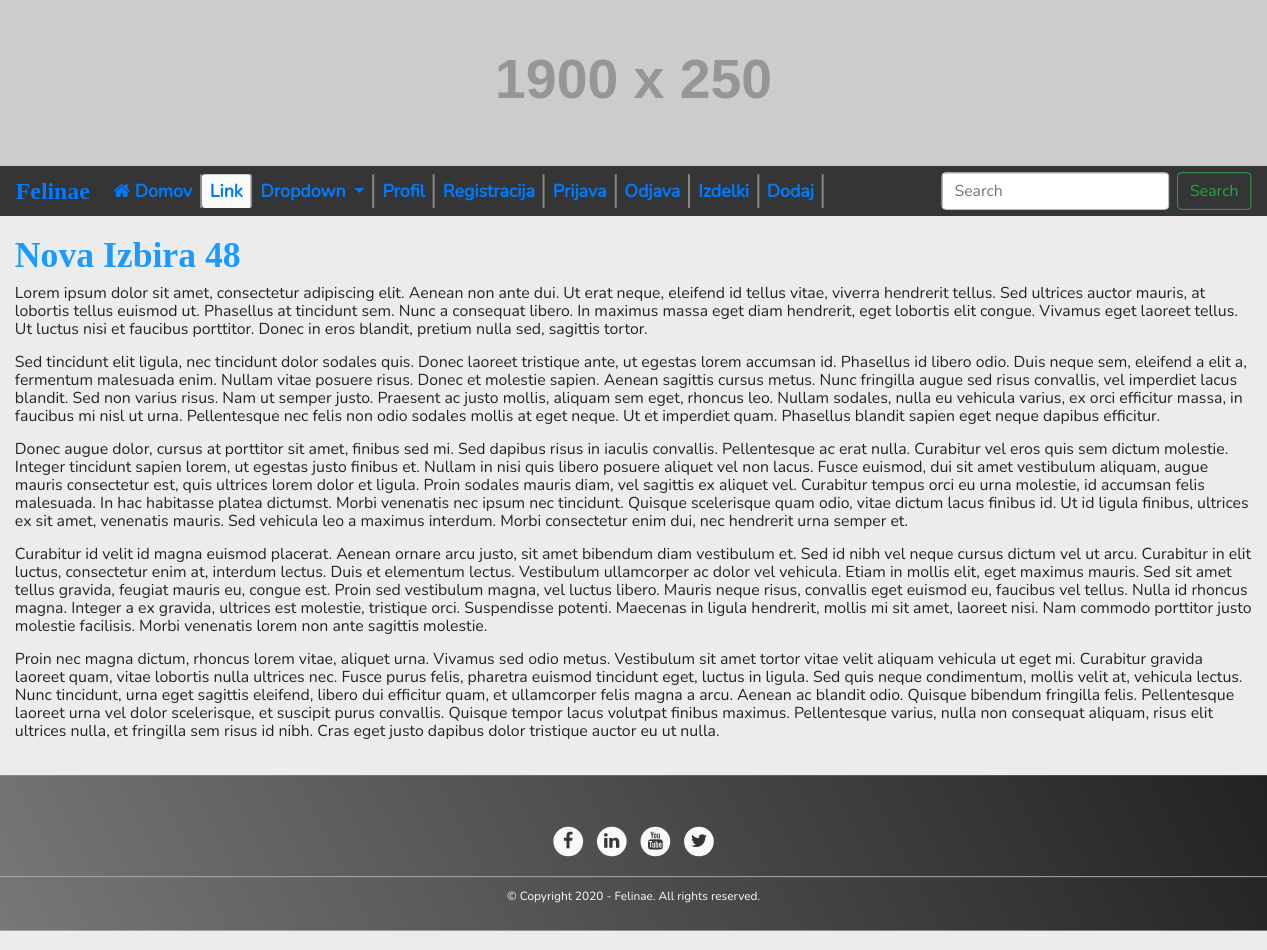
Repository: UrbyK/Felinae
Page: http://localhost/index.php?page=home
The author's editor kept a copy of each file at every save. The page is drawn from the files as they stood at one save, then again after the next save.
The browser window is 1280 px wide. The pictures show the whole page, at 99% of full size.
Some web fonts or font styles are not loaded; a fallback is used. The page is run by PHP 8.4 with error messages shown; the project is at /var/www/html/.

Above is the page before, as saved 2020-08-29 19:22:07.

After the next save:
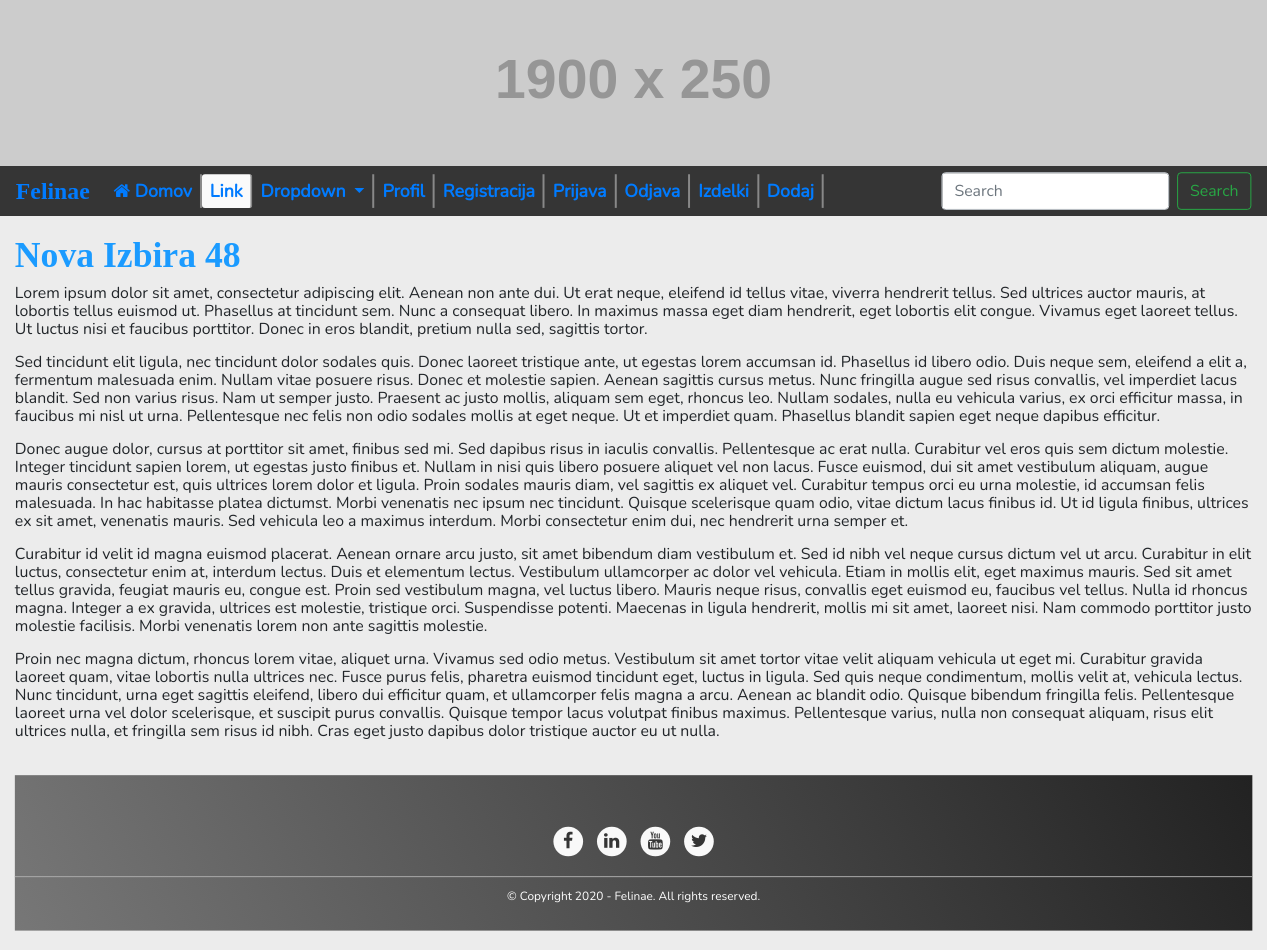
Saved 3 min 17 s later.
--- a/footer.php
+++ b/footer.php
@@ -1,4 +1,4 @@
-    </div><!-- class="container-fluid" --->
+
 
         <footer class="page-footer font-small flow-footer" id="footer" role="contentinfo">
             <div class="footer-wrapper">
@@ -25,7 +25,7 @@
 
 
 
-
+        </div><!-- class="container-fluid" --->
 
     </body>
 </html>

After the save that followed:
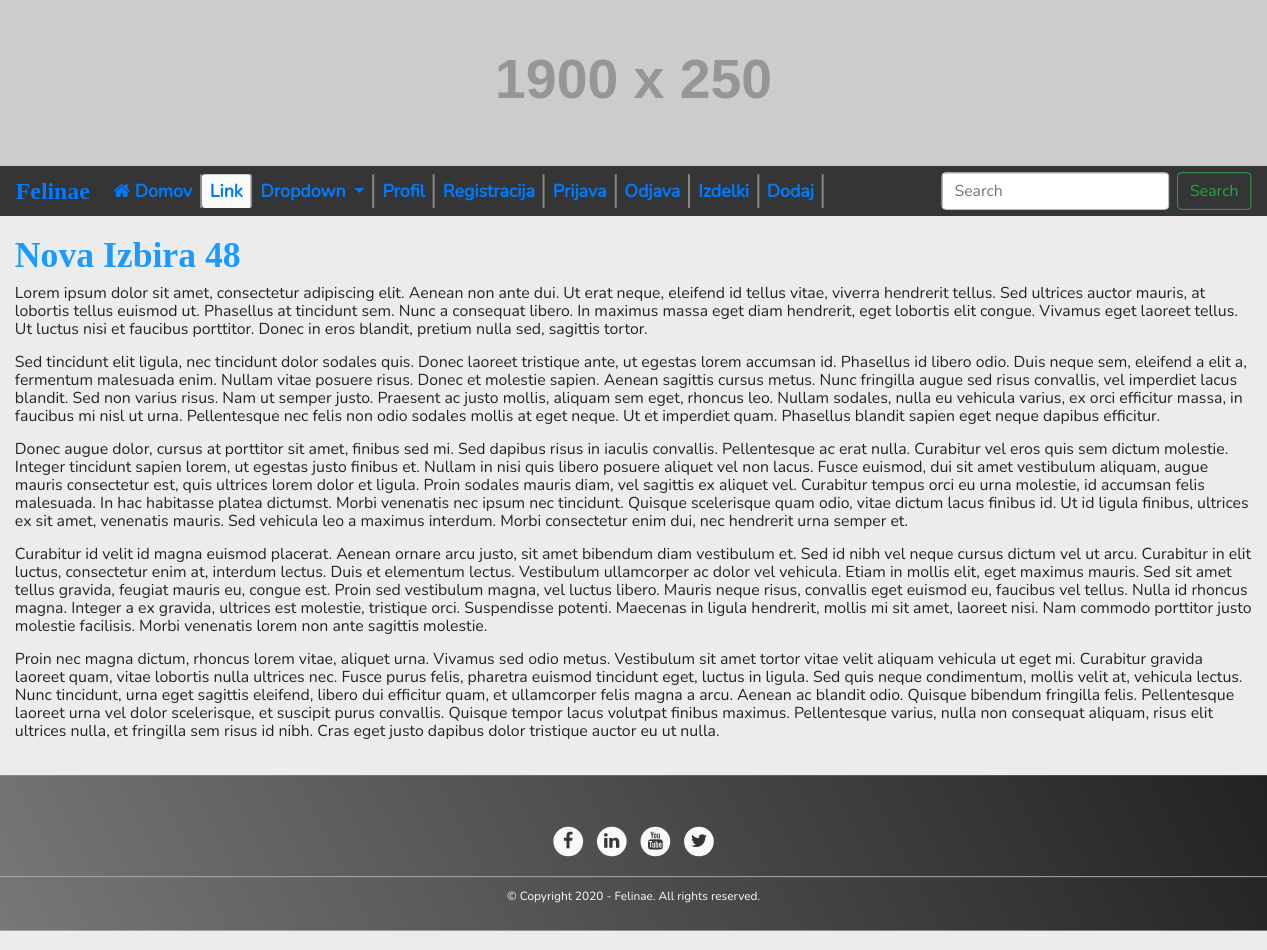
Saved 12 s later.
--- a/footer.php
+++ b/footer.php
@@ -1,4 +1,4 @@
-
+    </div><!-- class="container-fluid" --->
 
         <footer class="page-footer font-small flow-footer" id="footer" role="contentinfo">
             <div class="footer-wrapper">
@@ -25,7 +25,7 @@
 
 
 
-        </div><!-- class="container-fluid" --->
+
 
     </body>
 </html>
